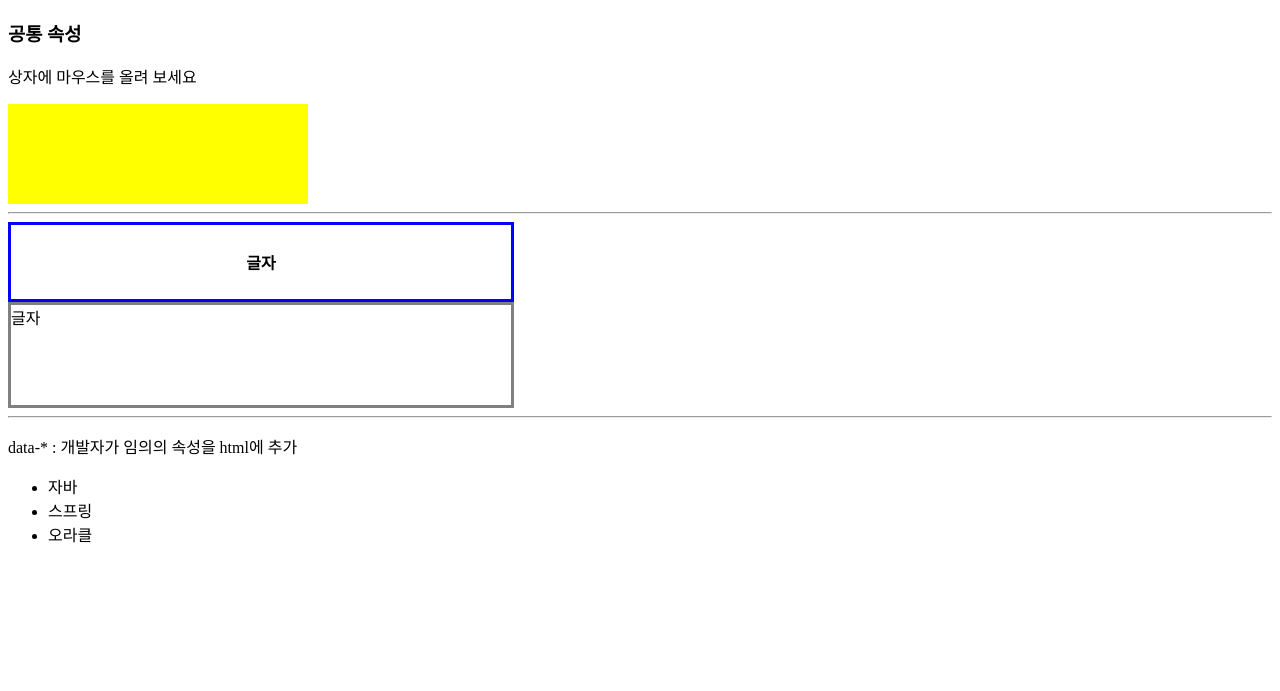
Repository: marudaga/html-css-lecture
Page: work/study/src/main/webapp/htmlEx/ch02/ex06.html
The author's editor kept a copy of each file at every save. The page is drawn from the files as they stood at one save, then again after the next save.
The browser window is 1280 px wide. The pictures show the whole page.

Above is the page before, as saved 2022-09-06 05:38:29.

### work/study/src/main/webapp/htmlEx/ch02/ex06.html
<!DOCTYPE html>
<html>
<head>
<meta charset="UTF-8">
<title>Insert title here</title>

<style type = "text/css">
.box{
	border: 3px solid gray;
	width: 500px;
	height: 100px;
	overflow: auto;

}
.box2{
	border: 3px solid blue;
	width: 450px;
	padding: 25px;
	text-align: center;
	font-weight: 700;
}
</style>
</head>
<body>

<h3>공통 속성</h3>

<p>상자에 마우스를 올려 보세요</p>
<div title="안녕..." style="width: 300px;height: 100px; background: yellow; "> </div>
<hr>

<div class="box2">글자</div>
<div class="box" contenteditable="true">글자</div>

<hr>

<p> data-* : 개발자가 임의의 속성을 html에 추가</p>


<ul>
	<li data-subject="java">자바</li>
	<li data-subject="spring">스프링</li>
	<li data-subject="oracle">오라클</li>
</ul>
</body>
</html>

After the next save:
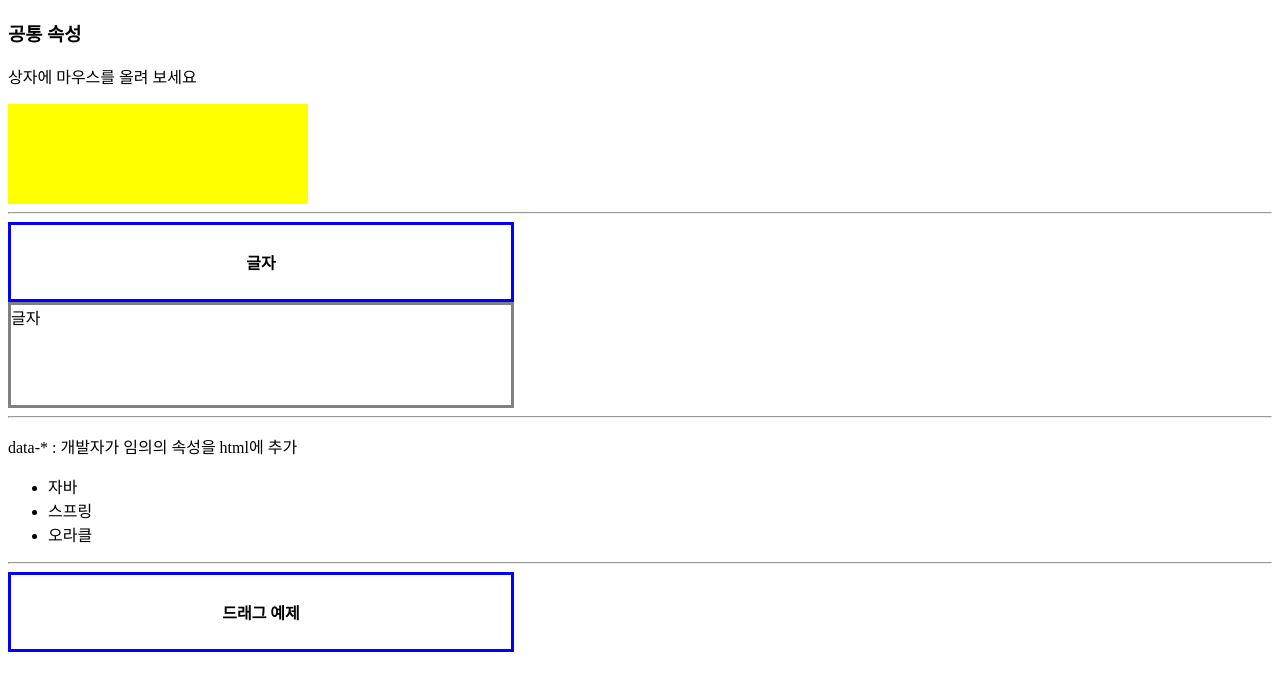
Saved 65 s later.
--- a/work/study/src/main/webapp/htmlEx/ch02/ex06.html
+++ b/work/study/src/main/webapp/htmlEx/ch02/ex06.html
@@ -42,5 +42,10 @@
 	<li data-subject="spring">스프링</li>
 	<li data-subject="oracle">오라클</li>
 </ul>
+
+<hr>
+
+<div class="box2" draggable="true">드래그 예제</div>
+
 </body>
 </html>
